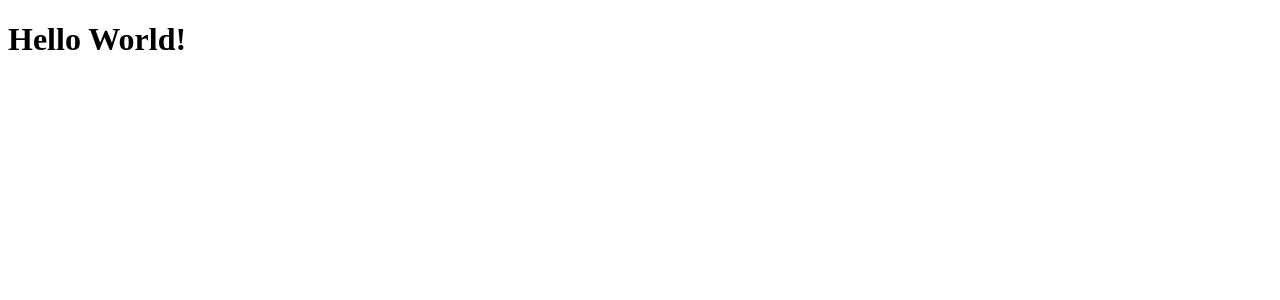
Repository: tomo0425/git_tutorial
Page: index.html
The author's editor kept a record of every edit. The page is drawn from the files as they stood at one moment, then again after the next edit.
The browser window is 1280 px wide. The pictures show the whole page.

Above is the page before.

### index.html
<!DOCTYPE html>
<html>
<head>
    <meta charset="utf-8"/>
</head>
<body>
    <h1>Hello World!</h1>
</body>
</html>

After the next edit:
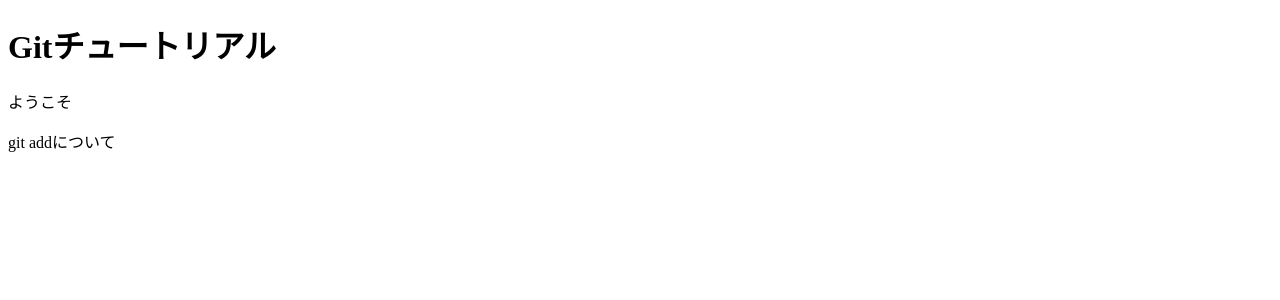
The edit:
--- a/index.html
+++ b/index.html
@@ -4,6 +4,8 @@
     <meta charset="utf-8"/>
 </head>
 <body>
-    <h1>Hello World!</h1>
+    <h1>Gitチュートリアル</h1>
+    <p>ようこそ</p>
+    <p>git addについて</p>
 </body>
 </html>
